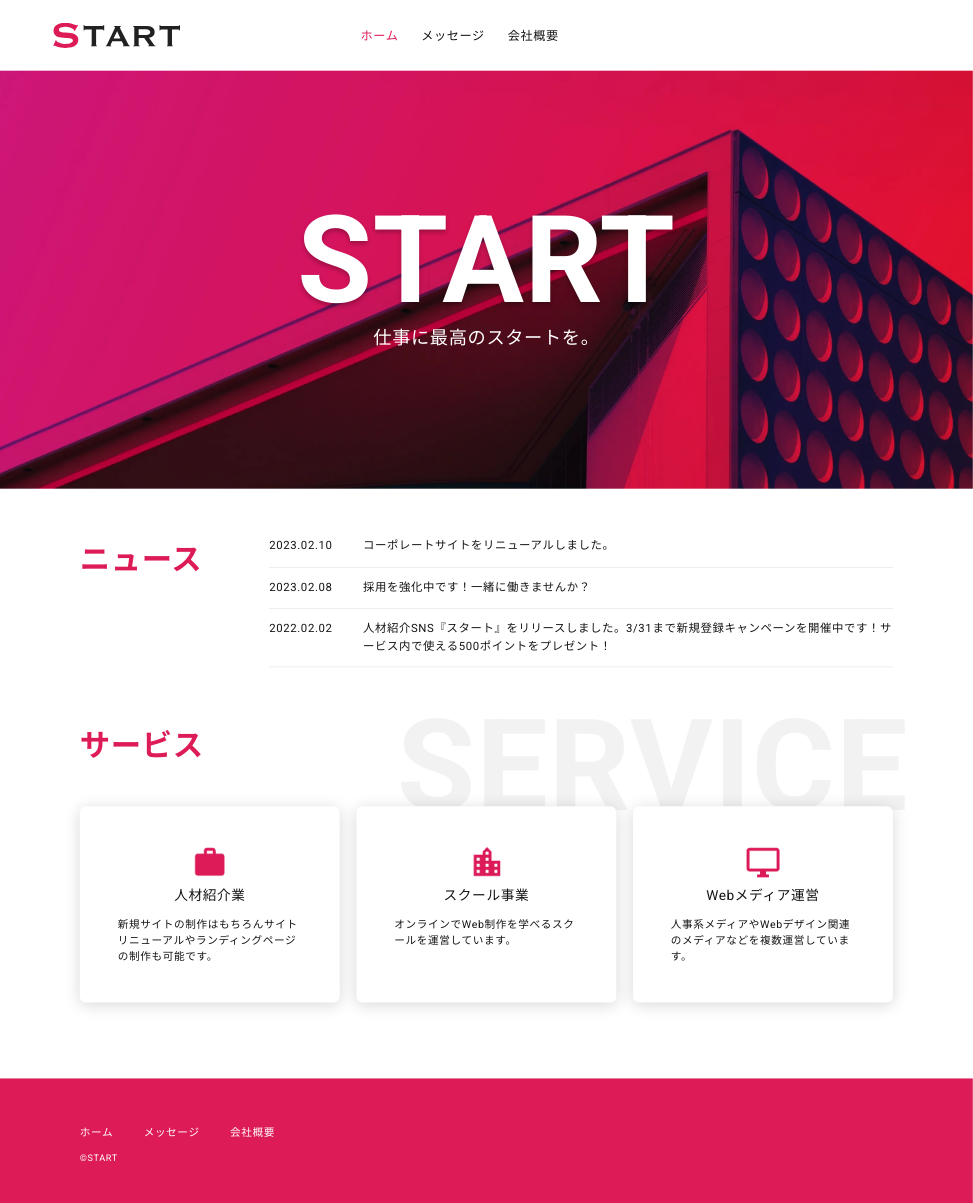
Repository: tetishi/tetishi.github.io
Page: index.html
An editor plug-in stored every save of this project. The page is shown before and after a run of saves, followed by the edit.
The browser window is 1280 px wide. The pictures show the whole page, at 76% of full size.

Above is the page before, as saved 2023-07-17 17:04:47.

### index.html
<!DOCTYPE html>
<html lang="en">
<head>
    <meta charset="UTF-8">
    <meta http-equiv="X-UA-Compatible" content="IE=edge">
    <meta name="viewport" content="width=device-width, initial-scale=1.0">
    <title>Start</title>
    <!-- <link rel="stylesheet" type="text/css" href="http://yui.yahooapis.com/3.18.1/build/cssreset/cssreset-min.css"> -->
    <link rel="preconnect" href="https://fonts.googleapis.com">
    <link rel="preconnect" href="https://fonts.gstatic.com" crossorigin>
    <link href="https://fonts.googleapis.com/css2?family=Noto+Sans+JP:wght@500;700&family=Roboto:wght@400;700&display=swap" rel="stylesheet">
    <link rel="icon" href="img/favicon.ico">
    <link rel="stylesheet" href="./css/reset.css">
    <link rel="stylesheet" href="./css/style.css">
</head>
<body>
    <header class="header">
        <div class="header-inner">
            <h2 class="nav-title">
                <a href="./index.html">
                    <img class="pc" src="img/logo.svg" alt="STARTのロゴ">
                    <img class="sp" src="img/sp_logo.svg" alt="STARTのロゴ">
                </a>
            </h2>
            <nav class="header-nav">
                <ul class="header-list">
                    <li class="header-item">
                        <a href="./index.html" class="text-red">ホーム</a>
                    </li>
                    <li class="header-item">
                        <a href="./message.html">メッセージ</a>
                    </li>
                    <li class="header-item">
                        <a href="./company.html">会社概要</a>
                    </li>
                </ul>
            </nav>
            <div class="overlay"></div>
            <div class="hamburger-menu">
                <button class="hamburger-btn">
                    <span class="bar bar_top"></span>
                    <span class="bar bar_mid"></span>
                    <span class="bar bar_bottom"></span>
                </button>
            </div>
        </div>
    </header>

    <main>
        <!-- fv -->
        <div class="fv">
            <div class="fv_img">
                <picture>
                    <source srcset="./img/fv.webp" type="image/webp">
                    <img src="./img/fv.jpg" alt="STARTの赤いイメージ背景">
                </picture>
            </div>
            <div class="sp_fv_img">
                <picture>
                    <source srcset="./img/sp_fv.webp" type="image/webp">
                    <img src="./img/sp_fv.jpg" alt="STARTの赤いイメージ背景">
                </picture>
            </div>
            <!-- page-title-wrapper -->
            <div class="page-title-wrapper">
                <h1 class="page-title">START</h1>
                <div class="page-title-bottom">仕事に最高のスタートを。</div>
                <!-- /.page-title-bottom -->
            </div>
        </div>

        <!-- news -->
        <section id="news" class="section-wrapper news-wrapper">
            <div class="section-inner news-inner">
                <h2 class="section-title news-title">
                    ニュース
                </h2>
                <div class="news-container">
                    <ul class="news-list">
                        <li class="news-item">
                            <time datetime="2023.02.10">2023.02.10</time>
                            <a href="#news">コーポレートサイトをリニューアルしました。</a>
                        </li>
                        <li class="news-item">
                            <time datetime="2023.02.08">2023.02.08</time>
                            <a href="#news">採用を強化中です！一緒に働きませんか？</a>
                        </li>
                        <li class="news-item">
                            <time datetime="2022.02.02">2022.02.02</time>
                            <a href="#news">人材紹介SNS『スタート』をリリースしました。3/31まで新規登録キャンペーンを開催中です！サービス内で使える500ポイントをプレゼント！</a>
                        </li>
                    </ul>
                </div>
                <!-- /.news-container -->
            </div>
            <!-- /.section-inner -->
        </section>

        <!-- service -->
        <section id="service" class="section-wrapper service-wrapper">
            <div class="section-inner">
                <h2 class="section-title text-right text-white">サービス</h2>
                <h2 class="upper-text text-white">SERVICE</h2>
                <ul class="service-list">
                    <li class="service-item">
                            <picture>
                                <source srcset="./img/bag.webp" type="image/webp">
                                <img src="./img/bag.png" alt="手提げ鞄">
                            </picture>
                            <h3 class="service-item-title">人材紹介業</h3>
                            <p class="service-item-text">
                                新規サイトの制作はもちろんサイトリニューアルやランディングページの制作も可能です。
                            </p>
                    </li>
                    <li class="service-item">
                            <picture>
                                <source srcset="./img/school.webp" type="image/webp">
                                <img src="./img/school.png" alt="スクール">
                            </picture>
                            <h3 class="service-item-title">スクール事業</h3>
                            <p class="service-item-text">
                                オンラインでWeb制作を学べるスクールを運営しています。
                            </p>
                    </li>
                    <li class="service-item">
                            <picture>
                                <source srcset="./img/web.webp" type="image/webp">
                                <img src="./img/web.png" alt="モニター">
                            </picture>
                            <h3 class="service-item-title">Webメディア運営</h3>
                            <p class="service-item-text">
                                人事系メディアやWebデザイン関連のメディアなどを複数運営しています。
                            </p>
                    </li>
                </ul>
            </div>
            <!-- /.section-inner -->
        </section>

    </main>


    <footer class="footer">
        <div class="section-inner">
            <nav class="footer-nav">
                <ul class="footer-nav-list">
                    <li class="footer-nav-item"><a href="./index.html">ホーム</a></li>
                    <li class="footer-nav-item"><a href="./message.html">メッセージ</a></li>
                    <li class="footer-nav-item"><a href="./company.html">会社概要</a></li>
                </ul>
            </nav>
            <small>&copy;START</small>
        </div>
    </footer>

    <script src="https://ajax.googleapis.com/ajax/libs/jquery/3.6.0/jquery.min.js"></script>
    <script src="js/script.js"></script>
</body>
</html>

### css/reset.css
/*
html5doctor.com Reset Stylesheet
v1.6.1
Last Updated: 2010-09-17
Author: Richard Clark - http://richclarkdesign.com
Twitter: @rich_clark
*/

* {
    box-sizing: border-box;
}

html,
body,
div,
span,
object,
iframe,
h1,
h2,
h3,
h4,
h5,
h6,
p,
blockquote,
pre,
abbr,
address,
cite,
code,
del,
dfn,
em,
img,
ins,
kbd,
q,
samp,
small,
strong,
sub,
sup,
var,
b,
i,
dl,
dt,
dd,
ol,
ul,
li,
fieldset,
form,
label,
legend,
table,
caption,
tbody,
tfoot,
thead,
tr,
th,
td,
article,
aside,
canvas,
details,
figcaption,
figure,
footer,
header,
hgroup,
menu,
nav,
section,
summary,
time,
mark,
ruby,
audio,
video {
    margin: 0;
    padding: 0;
    border: 0;
    outline: 0;
    font-size: 100%;
    vertical-align: baseline;
    background: transparent;
}

body {
    line-height: 1.5;
}

img {
    width: 100%;
    height: auto;
    object-fit: cover;
}

button {
    background-color: transparent;
    border: none;
    cursor: pointer;
    outline: none;
    padding: 0;
    appearance: none;
}

article,
aside,
details,
figcaption,
figure,
footer,
header,
hgroup,
menu,
nav,
section {
    display: block;
}

nav ul {
    list-style: none;
}

li {
    list-style: none;
}

a {
    margin: 0;
    padding: 0;
    font-size: 100%;
    vertical-align: baseline;
    background: transparent;
}

input,
select {
    vertical-align: middle;
}

/*end reset css*/

### css/style.css
/* base */

html {
    font-size: 62.5%;
}
body {
    font-size: 1.6rem;
    letter-spacing: .05em;
    color: #151515;
    font-family: "Roboto", "Noto Sans JP", Arial, "Hiragino Kaku Gothic ProN", "Hiragino Sans", Meiryo, sans-serif;
}
img {
    vertical-align: bottom;
}
.section-inner {
    max-width: 1110px;
    margin: 0 auto;
    padding: 0 20px;
}
.section-title {
    font-size: 4rem;
    color: #DD1B57;
    margin-bottom: 49px;
    /* width: 25%; */
    white-space: nowrap;
}
a {
    color: inherit;
    text-decoration: none;
}
.text-red {
    color: #DD1B57;
}
.pc {
    display: block;
}
.sp {
    display: none;
}

/* header */
.header {
    padding: 30px 70px;
    width: 100%;
}

.header a {
    text-decoration: none;
}
.header-inner {
    display: flex;
    justify-content: space-between;
    align-items: center;
}
.header-list {
    display: flex;
}
.header-item {
    margin-right: 30px;
}
.header-item:last-of-type {
    margin-right: 0;
}
.hamburger-btn {
    display: none;
}
.hamburger-btn

/* fv */
.fv {
    min-height: 550px;
    position: relative;
}
.fv img {
    min-height: 550px;
    object-fit: cover;
}
.sp_fv_img {
    display: none;
}
.page-title-wrapper {
    position: absolute;
    left: 50%;
    top: 50%;
    color: #fff;
    transform: translate(-50%,-50%);
    line-height: 1;
}
.page-title {
    font-size: 16rem;
    font-weight: bold;
    margin-bottom: 10px;
    text-shadow: 0 4px 6px rgb(0 0 0 / 25%);
}
.page-title-bottom {
    font-size: 24px;
    text-align: center;
}

/* news */
.news-wrapper {
    margin: 64px 0 74px 0;
}
.news-inner {
    display: flex;
    column-gap: 88px;
}
.news-item {
    padding: 15px 0 16px 0;
    border-bottom: 1px solid #E8E8E8;
    display: flex;
    font-size: 1.5rem;
}
.news-item:first-of-type {
    padding: 0 0 16px 0;
}
.news-item a {
    margin-left: 40px;
}

/* service */
.service-wrapper {
    margin-bottom: 100px;
}
.service-wrapper .section-inner {
    position: relative;
}
.upper-text {
    position: absolute;
    right: 0px;
    top: -69px;
    font-size: 16.8rem;
    font-weight: bold;
    margin: 0 auto;
    opacity: .05;
    z-index: 0;
}
.service-list {
    display: flex;
    justify-content: space-between;
    position: relative;
    z-index: 1;
}
.service-item {
    width: 32%;
    background-color: #fff;
    box-shadow: 0 3px 21px rgba(0, 0, 0, .16);
    border-radius: 8px;
}
.service-item img {
    width: 48px;
    display: block;
    margin: 0 auto;
    padding-top: 50px;
}
.service-item-title {
    text-align: center;
    font-size: 1.8rem;
    font-weight: normal;
    margin-top: 5px;
}
.service-item-text {
    padding: 15px 50px 50px 50px;
    font-size: 1.4rem;
}

/* footer */
.footer {
    background-color: #DD1B57;
    color: #fff;
    height: 164px;
}
.footer-nav-list {
    display: flex;
    font-size: 1.4rem;
    padding: 61px 0 9px;
}
.footer-nav-item {
    margin-right: 40px;
}
small {
    font-size: 1.2rem;
    margin-bottom: 50px;
}

@media screen and (max-width: 768px) {
    /* base_sp */
    .section-inner {
        padding: 0 20px;
    }
    .section-title {
        font-size: 3.2rem;
        margin-bottom: 19px;
        width: 100%;
    }
    .pc {
        display: none;
    }
    .sp {
        display: block;
    }

    /* header_sp */
    .header {
        padding: 0;
        z-index: 1;
        position: relative;
    }
    .header-inner {
        height: 60px;
    }
    .nav-title {
        padding: 0 0 0 20px;
    }
    .header-nav {
        display: none;
        position: fixed;
        top: 0;
        right: 0;
        width: 50%;
        height: 100vh;
        background-color: #DD1B57;
        /* z-index: 2; */
    }
    .header-list {
        height: 100%;
        flex-direction: column;
        padding: 96px 0 0 40px;
    }
    .text-red {
        color: #fff;
        opacity: .5;
    }
    .header-item {
        margin: 0 0 27px;
        color: #fff;
    }
    .header-item:last-of-type {
        margin-bottom: 0;
    }
    .hamburger-btn {
        display: block;
        background-color: #DD1B57;
        padding: 0px 16px;
        /* padding: 19px 17px 0; */
        width: 60px;
        height: 60px;
        /* z-index: 3; */
    }
    .hamburger-btn .bar {
        display: block;
        width: 26px;
        height: 2px;
        background-color: #fff;
        transition: .3s;
        border-radius: 4px;
    }
    .bar_mid,
    .bar_bottom {
        margin-top: 8px;
    }
    .hamburger-btn.cross .bar_top {
        transform: rotate(45deg) translate(7px, 7px);
        transition: .3s;
    }
    .hamburger-btn.cross .bar_middle {
        opacity: 0;
        transition: .3s;
    }
    .hamburger-btn.cross .bar_bottom {
        transform: rotate(-45deg) translate(7px, -7px);
        transition: .3s;
    }
    body.noscroll {
        overflow: hidden;
    }
    .overlay {
        /* background-color: #000; */
        /* cursor: pointer; */
        height: 100vh;
        left: 0;
        opacity: 0;
        position: fixed;
        top: 0;
        /* transition: all 0.6s; */
        visibility: hidden;
        width: 100vw;
        z-index: -1;
    }

    /* fv_sp */
    .fv {
        height: calc(100vh - 60px);
    }
    .fv img {
        height: calc(100vh - 60px);
    }
    .fv_img {
        display: none;
    }
    .sp_fv_img {
        display: block;
    }
    .page-title {
        font-size: 8rem;
        font-weight: bold;
    }
    .page-title-bottom {
        font-size: 2rem;
    }

    /* news_sp */
    .news-wrapper {
        margin: 33px 0 58px 0;
    }
    .news-inner {
        display: block;
    }
    .news-item {
        flex-flow: column;
        padding: 20px 0 16px 0;
    }
    .news-item:first-child {
        padding: 0 0 16px 0;
    }
    .news-item a {
        margin-left: 0px;
        margin-top: 7px;
    }

    /* service_sp */
    .service-wrapper {
        margin-bottom: 60px;
    }
    .upper-text {
        right: 0px;
        top: -5px;
        font-size: 7rem;
    }
    .service-list {
        display: block;
    }
    .service-item {
        width: 100%;
        margin-bottom: 20px;
    }
    .service-item img {
        width: 60px;
        padding-top: 40px;
    }
    .service-item-title {
        margin-top: 7px;
    }
    .service-item-text {
        padding: 10px 30px 40px 30px;
    }

    /* footer_sp */
    .footer {
        height: 120px;
    }
    .footer-nav-list {
        font-size: 1.2rem;
        padding: 41px 0 9px;
    }
    .footer-nav-item {
        margin-right: 25px;
    }
    small {
        font-size: 1rem;
        margin-bottom: 29px;
    }
}

### js/script.js
//ハンバーガーボタン
$('.hamburger-menu').on('click', function() {
    $('.header-nav').fadeToggle(300);
    $('.hamburger-btn').toggleClass('cross');
    $('body').toggleClass('noscroll');

    if($('.hamburger-btn').hasClass('cross')) {
        $('.overlay').on('click', function() {
            $('.header-nav').fadeOut(300);
            $('.hsmburger-btn').removeClass('cross');
            $('body').removeClass('noscroll');
        })
    }
});

After the next 5 saves:
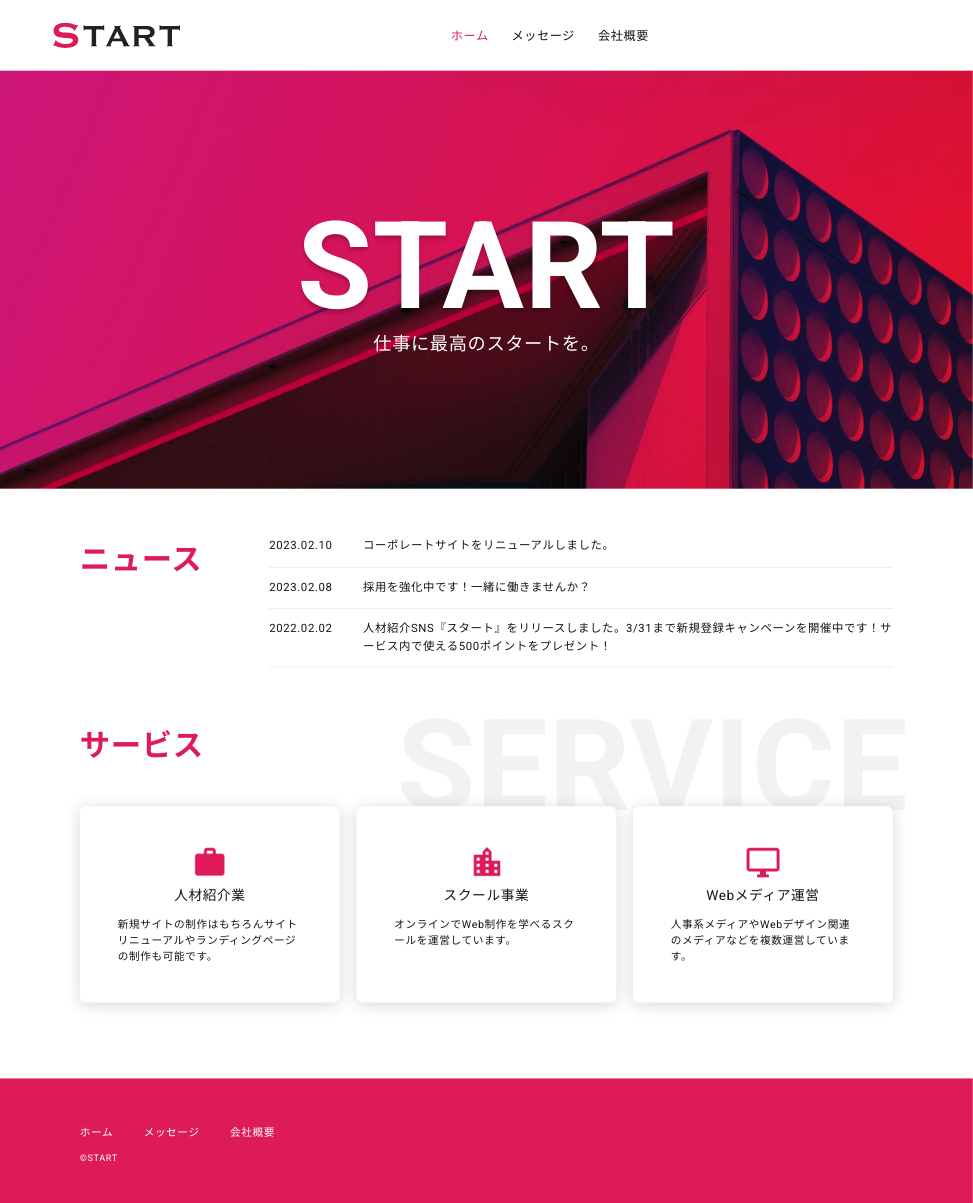
The 5 saves are shown as one change because they came seconds apart.
The last was saved 12 s later.
--- a/css/style.css
+++ b/css/style.css
@@ -64,7 +64,9 @@ a {
 .hamburger-btn {
     display: none;
 }
-.hamburger-btn
+.hamburger-menu {
+    display: none;
+}
 
 /* fv */
 .fv {
